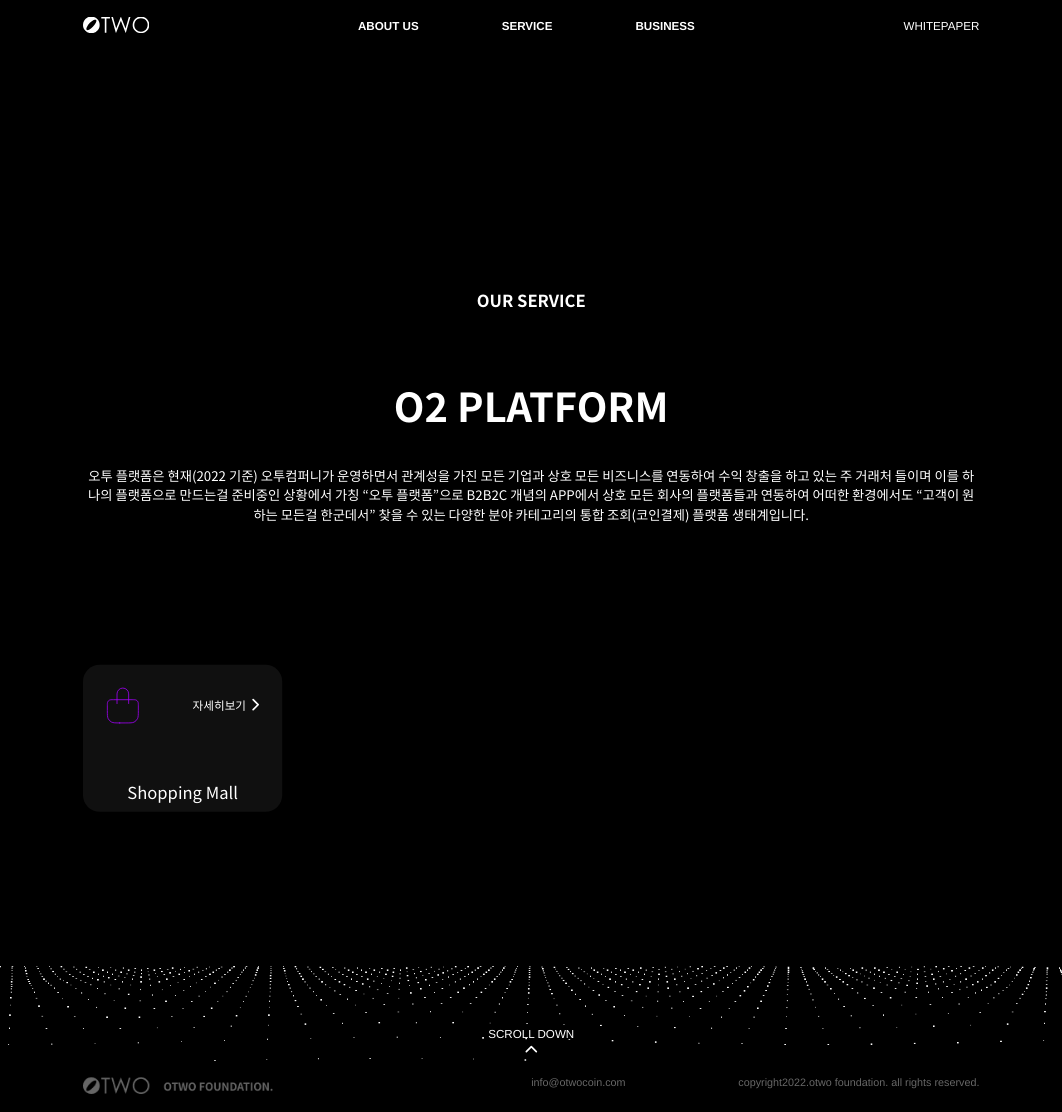
Repository: songhun115/Otwo
Page: service.html
These files come from the project's save history. The page is drawn as it stood at one moment and after the next save; the edit follows.
The browser window is 1280 px wide. The pictures show the whole page, at 83% of full size.

Above is the page before, as saved 2022-11-23 10:28:37.
Not found: js/three.js

After the next save:
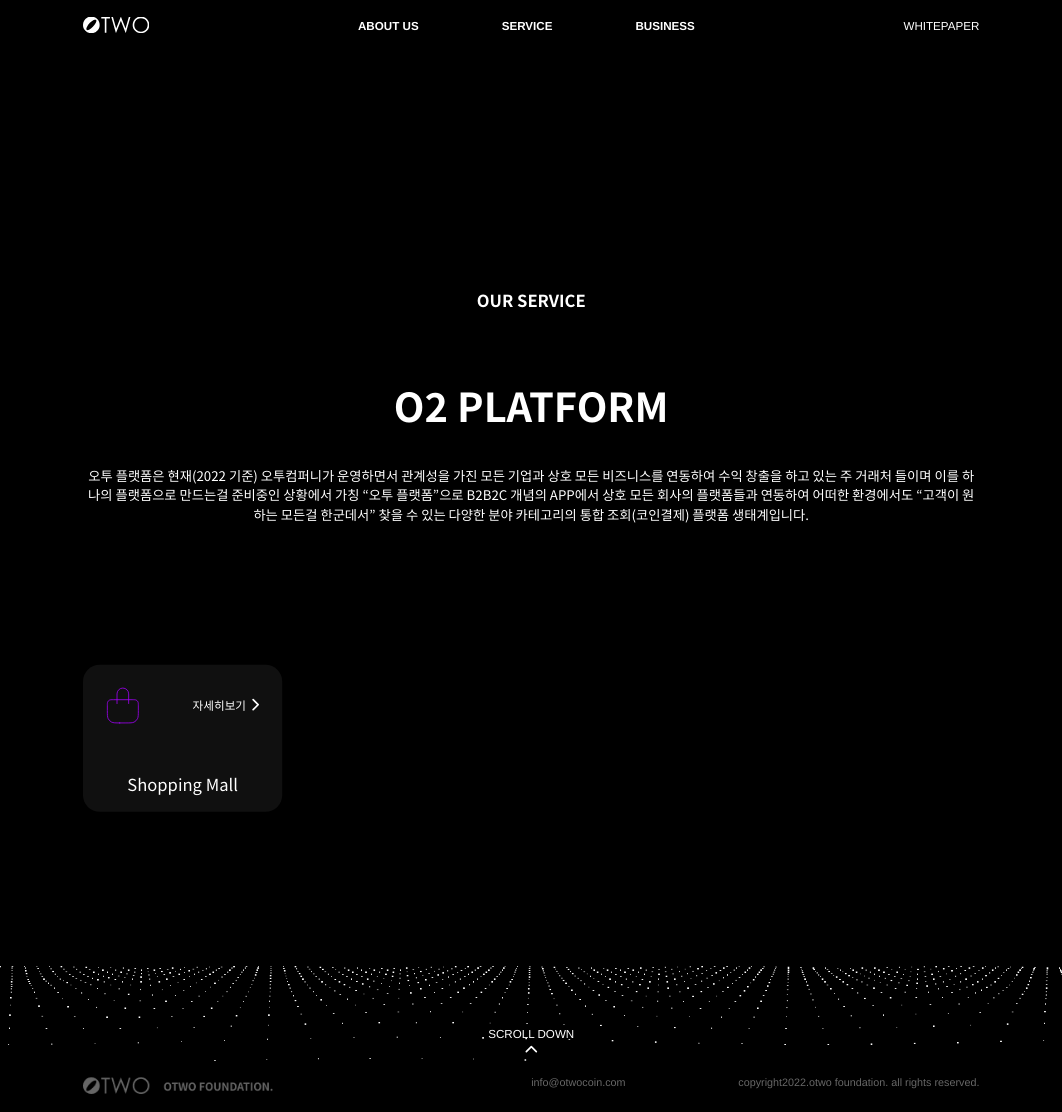
Saved 7 s later.
--- a/service.html
+++ b/service.html
@@ -82,7 +82,7 @@
         </section>
      <section class="service-platform-list">
         <ul class="platform-list">
-            <li class="platform-item">
+            <li class="platform-item  service-platform-item">
                 <a href="sub-page/shoping.html">
                 <div class="platform-img service-platform-img">
                     <img class="none-hover" src="img/shoping.svg" alt="">
